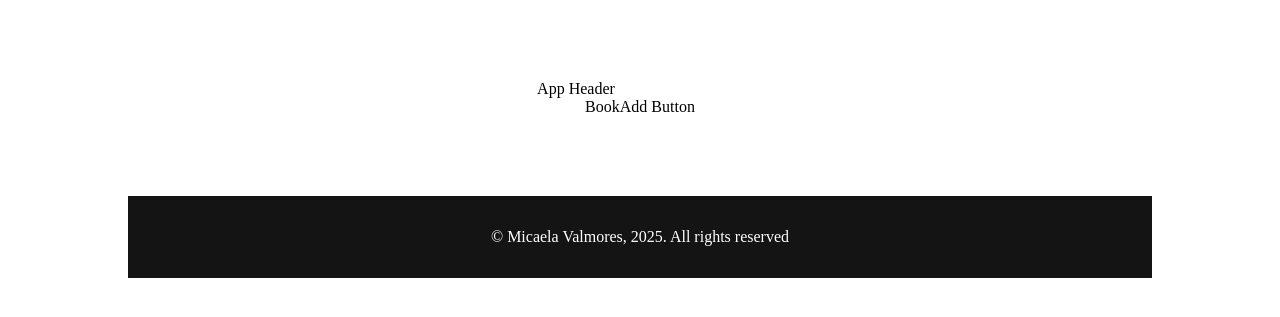
Repository: Micaelavalmores/COMP3170-Data-Fetching
Page: /
The author's editor kept a copy of each file at every save. The page is drawn from the files as they stood at one save, then again after the next save.
The browser window is 1280 px wide. The pictures show the whole page.
The project was rebuilt for these pictures with package versions that can differ from the ones it lists, and the page was loaded fresh each time. Also part of the build but not shown: vite.config.js.

Above is the page before, as saved 2025-09-22 17:56:08.

### index.html
<!doctype html>
<html lang="en">
  <head>
    <meta charset="UTF-8" />
    <meta name="viewport" content="width=device-width, initial-scale=1.0" />
    <title>Book Catalog</title>
  </head>
  <body>
    <div id="root"></div>
    <script type="module" src="/src/main.jsx"></script>
  </body>
</html>

### src/index.css
body {
  margin: 0 auto;
}

.app {
  display: flex;
  flex-direction: column;
  width: 80%;
  margin: 0 auto;
  background: #fff;
  /* min-height: 100%; */
  justify-content: space-between;

  footer {
    padding: 0 2em;
    background: #141414;
    color: #fff;

    p {
        text-align: center;
        padding: 1em 0;
    }
  }

  .content {
    margin: 2em auto;
    padding: 3em;
  }

  .mainContent {
    padding: 0 3em;
  }

}

### src/App.jsx
import Footer from "./components/Footer";
import Book from "./components/Book";
import AppHeader from "./components/AppHeader";
import AddButton from "./components/AddButton";


function App () {
  return (
    <div className="app">
      <section className="content">
        <AppHeader />
        <div className="mainContent">
          <Book />
          <AddButton />
        </div>
      </section>
        <Footer />
    </div>
  )
}

export default App;

### src/components/Footer.jsx
function Footer() {
    return (
        <footer>
            <p>&copy; Micaela Valmores, 2025. All rights reserved</p>
        </footer>
    );
}

export default Footer;

### src/components/Book.jsx
function Book () {
    return 'Book';
}

export default Book;

### src/components/AppHeader.jsx


function AppHeader () {
    return 'App Header';
}

export default AppHeader;

### src/components/AddButton.jsx
function AddButton () {
    return `Add Button`;
}

export default AddButton;

Loaded but not shown: src/main.jsx (common file)

After the next save:
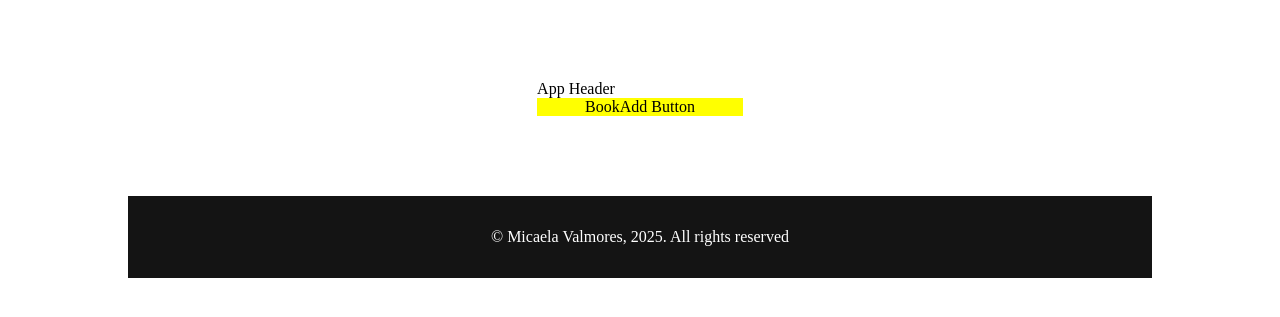
Saved 11 s later.
--- a/src/index.css
+++ b/src/index.css
@@ -29,6 +29,7 @@ body {
 
   .mainContent {
     padding: 0 3em;
+    background: yellow;
   }
 
 }
